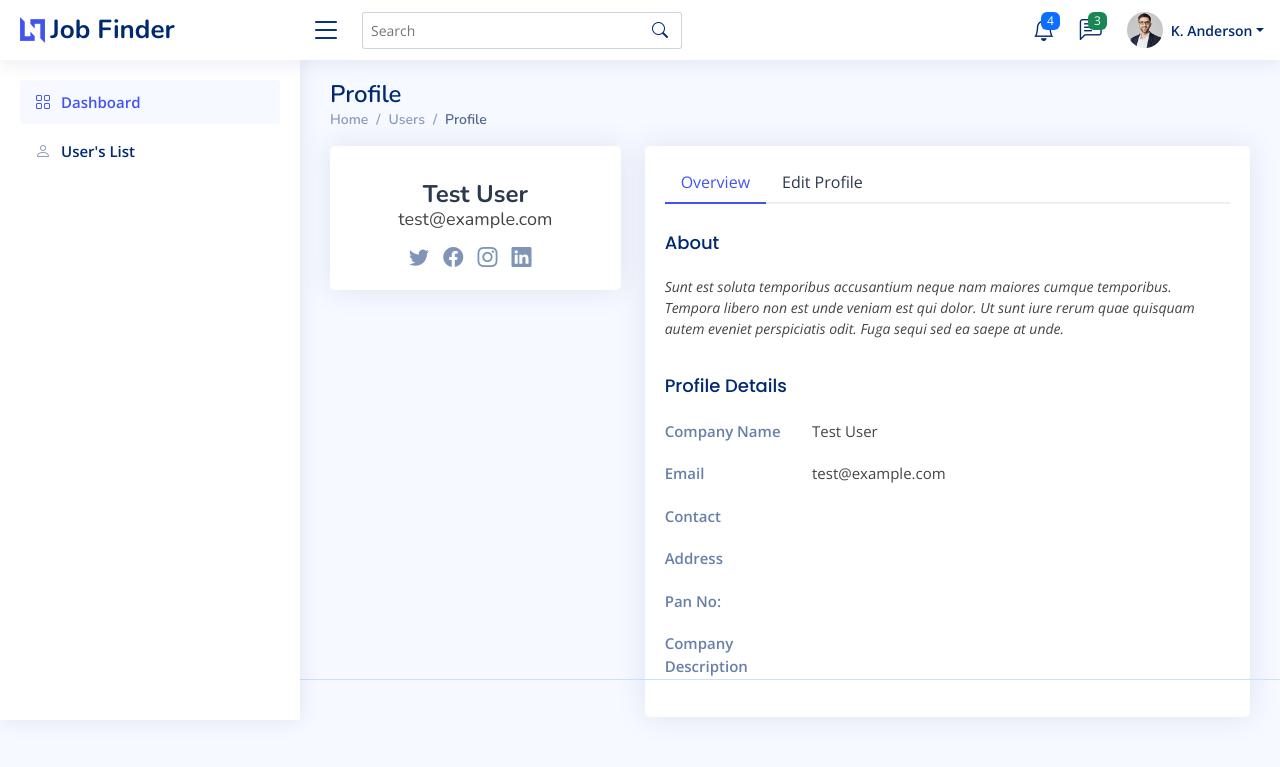
Repository: neha-rouniyar/jobfinder
Page: http://localhost/employer/my-profile
These files come from the project's save history. The page is drawn as it stood at one moment and after the next save; the edit follows.
The browser window is 1280 px wide. The pictures show the whole page.
The page is served by the project's Laravel application, run on PHP 8.4 with Laravel 10. A made-up administrator, Test User (test@example.com), is signed in. Other server files are loaded and not shown.

Above is the page before, as saved 2023-12-21 22:38:32.

### routes/web.php
<?php

use App\Http\Controllers\Admin\AdminController;
use App\Http\Controllers\Employer\ProfileController;
use App\Http\Controllers\RegisterController;
use Illuminate\Support\Facades\Route;

/*
|--------------------------------------------------------------------------
| Web Routes
|--------------------------------------------------------------------------
|
| Here is where you can register web routes for your application. These
| routes are loaded by the RouteServiceProvider and all of them will
| be assigned to the "web" middleware group. Make something great!
|
*/

Route::get('/', function () {
    return view('welcome');
});

Route::get('/login-form',[RegisterController::class,'loginForm'])->name('login.form');
Route::get('/register-form',[RegisterController::class,'registerForm'])->name('register.form');
Route::get('/employer-form',[RegisterController::class,'employerForm'])->name('employer.form');
Route::post('/user/register-form',[RegisterController::class,'userRegisterStore'])->name('user.register.submit');
Route::post('/employer/register-form',[RegisterController::class,'companyRegisterStore'])->name('company.register.submit');
Route::post('/login-submit',[RegisterController::class,'loginAuthenticate'])->name('login.submit');





Route::get('/verify-email/{token}',[RegisterController::class,'verifyEmail'])->name('verify.email');


//admin page
Route::get('/admin-dashboard',[AdminController::class,'index'])->name('admin.dashboard');
Route::get('/admin-logout',[AdminController::class,'logout'])->name('admin.logout');
Route::get('/admin/users-list',[AdminController::class,'userList'])->name('admin.users.list');

//company only
Route::get('/employer/my-profile',[ProfileController::class,'myProfile'])->name('company.profile');



//common routes
// Route::get('/admin-dashboard',[AdminController::class,'index'])->name('common.dashboard');

### app/Models/User.php
<?php

namespace App\Models;

// use Illuminate\Contracts\Auth\MustVerifyEmail;
use Illuminate\Database\Eloquent\Factories\HasFactory;
use Illuminate\Foundation\Auth\User as Authenticatable;
use Illuminate\Notifications\Notifiable;
use Laravel\Sanctum\HasApiTokens;

class User extends Authenticatable
{
    use HasApiTokens, HasFactory, Notifiable;

    /**
     * The attributes that are mass assignable.
     *
     * @var array<int, string>
     */
    protected $fillable = [
        'name',
        'email',
        'password',
    ];

    /**
     * The attributes that should be hidden for serialization.
     *
     * @var array<int, string>
     */
    protected $hidden = [
        'password',
        'remember_token',
    ];

    /**
     * The attributes that should be cast.
     *
     * @var array<string, string>
     */
    protected $casts = [
        'email_verified_at' => 'datetime',
        'password' => 'hashed',
    ];
    public function emailVerification()
    {
        return $this->hasOne(EmailVerification::class);
    }
    public function roles()
    {
        return $this->belongsToMany(User::class,'user_roles','user_id','role_id');
    }

}

### app/Http/Controllers/Employer/ProfileController.php
<?php

namespace App\Http\Controllers\Employer;

use App\Http\Controllers\Controller;
use Illuminate\Http\Request;
use Illuminate\Support\Facades\Auth;

class ProfileController extends Controller
{
    public function myProfile(Request $request)
    {
        $user=Auth::user();
        // dd($user);
        return view('employer.myProfile',compact('user'));
    }
}

### resources/views/employer/myProfile.blade.php
@extends('admin.index')
@section('content')


      <main id="main" class="main">

        <div class="pagetitle">
          <h1>Profile</h1>
          <nav>
            <ol class="breadcrumb">
              <li class="breadcrumb-item"><a href="index.html">Home</a></li>
              <li class="breadcrumb-item">Users</li>
              <li class="breadcrumb-item active">Profile</li>
            </ol>
          </nav>
        </div><!-- End Page Title -->

        <section class="section profile">
          <div class="row">
            <div class="col-xl-4">

              <div class="card">
                <div class="card-body profile-card pt-4 d-flex flex-column align-items-center">

                  {{-- <img src="assets/img/profile-img.jpg" alt="Profile" class="rounded-circle"> --}}
                  <h2>{{Auth::user()->name}}</h2>
                  <h3>{{Auth::user()->email}}</h3>
                  <div class="social-links mt-2">
                    <a href="#" class="twitter"><i class="bi bi-twitter"></i></a>
                    <a href="#" class="facebook"><i class="bi bi-facebook"></i></a>
                    <a href="#" class="instagram"><i class="bi bi-instagram"></i></a>
                    <a href="#" class="linkedin"><i class="bi bi-linkedin"></i></a>
                  </div>
                </div>
              </div>

            </div>

            <div class="col-xl-8">

              <div class="card">
                <div class="card-body pt-3">
                  <!-- Bordered Tabs -->
                  <ul class="nav nav-tabs nav-tabs-bordered">

                    <li class="nav-item">
                      <button class="nav-link active" data-bs-toggle="tab" data-bs-target="#profile-overview">Overview</button>
                    </li>

                    <li class="nav-item">
                      <button class="nav-link" data-bs-toggle="tab" data-bs-target="#profile-edit">Edit Profile</button>
                    </li>

                  </ul>
                  <div class="tab-content pt-2">

                    <div class="tab-pane fade show active profile-overview" id="profile-overview">
                      <h5 class="card-title">About</h5>
                      <p class="small fst-italic">Sunt est soluta temporibus accusantium neque nam maiores cumque temporibus. Tempora libero non est unde veniam est qui dolor. Ut sunt iure rerum quae quisquam autem eveniet perspiciatis odit. Fuga sequi sed ea saepe at unde.</p>

                      <h5 class="card-title">Profile Details</h5>

                      <div class="row">
                        <div class="col-lg-3 col-md-4 label">Company Name</div>
                        <div class="col-lg-9 col-md-8">{{$user->name}}</div>
                      </div>

                      <div class="row">
                        <div class="col-lg-3 col-md-4 label">Email</div>
                        <div class="col-lg-9 col-md-8">{{$user->email}}</div>
                      </div>

                      <div class="row">
                        <div class="col-lg-3 col-md-4 label">Contact</div>
                        <div class="col-lg-9 col-md-8">{{$user->contact}}</div>
                      </div>

                      <div class="row">
                        <div class="col-lg-3 col-md-4 label">Address</div>
                        <div class="col-lg-9 col-md-8">{{$user->address}}</div>
                      </div>

                      <div class="row">
                        <div class="col-lg-3 col-md-4 label">Pan No:</div>
                        <div class="col-lg-9 col-md-8">{{$user->pan_no}}</div>
                      </div>

                      <div class="row">
                        <div class="col-lg-3 col-md-4 label">Company Description</div>
                        <div class="col-lg-9 col-md-8">{{$user->company_desc}}</div>
                      </div>

                    </div>

                    <div class="tab-pane fade profile-edit pt-3" id="profile-edit">

                      <!-- Profile Edit Form -->
                      <form>
                        <div class="row mb-3">
                          <label for="profileImage" class="col-md-4 col-lg-3 col-form-label">Profile Image</label>
                          <div class="col-md-8 col-lg-9">
                            <img src="assets/img/profile-img.jpg" alt="Profile">
                            <div class="pt-2">
                              <a href="#" class="btn btn-primary btn-sm" title="Upload new profile image"><i class="bi bi-upload"></i></a>
                              <a href="#" class="btn btn-danger btn-sm" title="Remove my profile image"><i class="bi bi-trash"></i></a>
                            </div>
                          </div>
                        </div>

                        <div class="row mb-3">
                          <label for="fullName" class="col-md-4 col-lg-3 col-form-label">Full Name</label>
                          <div class="col-md-8 col-lg-9">
                            <input name="fullName" type="text" class="form-control" id="fullName" value="Kevin Anderson">
                          </div>
                        </div>

                        <div class="row mb-3">
                          <label for="about" class="col-md-4 col-lg-3 col-form-label">About</label>
                          <div class="col-md-8 col-lg-9">
                            <textarea name="about" class="form-control" id="about" style="height: 100px">Sunt est soluta temporibus accusantium neque nam maiores cumque temporibus. Tempora libero non est unde veniam est qui dolor. Ut sunt iure rerum quae quisquam autem eveniet perspiciatis odit. Fuga sequi sed ea saepe at unde.</textarea>
                          </div>
                        </div>

                        <div class="row mb-3">
                          <label for="company" class="col-md-4 col-lg-3 col-form-label">Company</label>
                          <div class="col-md-8 col-lg-9">
                            <input name="company" type="text" class="form-control" id="company" value="Lueilwitz, Wisoky and Leuschke">
                          </div>
                        </div>

                        <div class="row mb-3">
                          <label for="Job" class="col-md-4 col-lg-3 col-form-label">Job</label>
                          <div class="col-md-8 col-lg-9">
                            <input name="job" type="text" class="form-control" id="Job" value="Web Designer">
                          </div>
                        </div>

                        <div class="row mb-3">
                          <label for="Country" class="col-md-4 col-lg-3 col-form-label">Country</label>
                          <div class="col-md-8 col-lg-9">
                            <input name="country" type="text" class="form-control" id="Country" value="USA">
                          </div>
                        </div>

                        <div class="row mb-3">
                          <label for="Address" class="col-md-4 col-lg-3 col-form-label">Address</label>
                          <div class="col-md-8 col-lg-9">
                            <input name="address" type="text" class="form-control" id="Address" value="A108 Adam Street, New York, NY 535022">
                          </div>
                        </div>

                        <div class="row mb-3">
                          <label for="Phone" class="col-md-4 col-lg-3 col-form-label">Phone</label>
                          <div class="col-md-8 col-lg-9">
                            <input name="phone" type="text" class="form-control" id="Phone" value="(436) 486-3538 x29071">
                          </div>
                        </div>

                        <div class="row mb-3">
                          <label for="Email" class="col-md-4 col-lg-3 col-form-label">Email</label>
                          <div class="col-md-8 col-lg-9">
                            <input name="email" type="email" class="form-control" id="Email" value="k.anderson@example.com">
                          </div>
                        </div>

                        <div class="row mb-3">
                          <label for="Twitter" class="col-md-4 col-lg-3 col-form-label">Twitter Profile</label>
                          <div class="col-md-8 col-lg-9">
                            <input name="twitter" type="text" class="form-control" id="Twitter" value="https://twitter.com/#">
                          </div>
                        </div>

                        <div class="row mb-3">
                          <label for="Facebook" class="col-md-4 col-lg-3 col-form-label">Facebook Profile</label>
                          <div class="col-md-8 col-lg-9">
                            <input name="facebook" type="text" class="form-control" id="Facebook" value="https://facebook.com/#">
                          </div>
                        </div>

                        <div class="row mb-3">
                          <label for="Instagram" class="col-md-4 col-lg-3 col-form-label">Instagram Profile</label>
                          <div class="col-md-8 col-lg-9">
                            <input name="instagram" type="text" class="form-control" id="Instagram" value="https://instagram.com/#">
                          </div>
                        </div>

                        <div class="row mb-3">
                          <label for="Linkedin" class="col-md-4 col-lg-3 col-form-label">Linkedin Profile</label>
                          <div class="col-md-8 col-lg-9">
                            <input name="linkedin" type="text" class="form-control" id="Linkedin" value="https://linkedin.com/#">
                          </div>
                        </div>

                        <div class="text-center">
                          <button type="submit" class="btn btn-primary">Save Changes</button>
                        </div>
                      </form><!-- End Profile Edit Form -->

                    </div>



                  </div><!-- End Bordered Tabs -->

                </div>
              </div>

            </div>
          </div>
        </section>

      </main>



@endsection

### resources/views/admin/index.blade.php
<!DOCTYPE html>
<html lang="en">

<head>
  <meta charset="utf-8">
  <meta content="width=device-width, initial-scale=1.0" name="viewport">

  <title>Dashboard - NiceAdmin Bootstrap Template</title>
  <meta content="" name="description">
  <meta content="" name="keywords">

  <!-- Favicons -->
  <link href="assets/img/favicon.png" rel="icon">
  <link href="assets/img/apple-touch-icon.png" rel="apple-touch-icon">

  @include('admin.adminfiles.css')
</head>
<body>

  <!-- ======= Header ======== -->
@include('admin.adminfiles.navbar')


  <!-- ======= Sidebar ======= -->
  @include('admin.adminfiles.sidebar')

  @yield('content')
  <!-- End #main -->

  <!-- ======= Footer ======= -->
@include('admin.adminfiles.footer')
  <!-- End Footer -->

  <a href="#" class="back-to-top d-flex align-items-center justify-content-center"><i class="bi bi-arrow-up-short"></i></a>

  <!-- Vendor JS Files -->
@include('admin.adminfiles.js')

</body>

</html>

### resources/views/admin/adminfiles/css.blade.php
<link href="https://fonts.gstatic.com" rel="preconnect">
  <link href="https://fonts.googleapis.com/css?family=Open+Sans:300,300i,400,400i,600,600i,700,700i|Nunito:300,300i,400,400i,600,600i,700,700i|Poppins:300,300i,400,400i,500,500i,600,600i,700,700i" rel="stylesheet">

  <!-- Vendor CSS Files -->
  <link href="{{asset('adminasset/vendor/bootstrap/css/bootstrap.min.css')}}" rel="stylesheet">
  <link href="{{asset('adminasset/vendor/bootstrap-icons/bootstrap-icons.css')}}" rel="stylesheet">
  <link href="{{asset('adminasset/vendor/boxicons/css/boxicons.min.css')}}" rel="stylesheet">
  <link href="{{asset('adminasset/vendor/quill/quill.snow.css')}}" rel="stylesheet">
  <link href="{{asset('adminasset/vendor/quill/quill.bubble.css')}}" rel="stylesheet">
  <link href="{{asset('adminasset/vendor/remixicon/remixicon.css')}}" rel="stylesheet">
  <link href="{{asset('adminasset/vendor/simple-datatables/style.css')}}" rel="stylesheet">

  <!-- Template Main CSS File -->
  <link href="{{asset('adminasset/css/style.css')}}" rel="stylesheet">

### resources/views/admin/adminfiles/sidebar.blade.php
<aside id="sidebar" class="sidebar">

    <ul class="sidebar-nav" id="sidebar-nav">

      <li class="nav-item">
        <a class="nav-link " href="">
          <i class="bi bi-grid"></i>
          <span>Dashboard</span>
        </a>
      </li>
      @if (Auth::check() && Auth::user()->usertype == 'admin')
      <li class="nav-item">
        <a class="nav-link collapsed" href="{{route('admin.users.list')}}">
            <i class="bi bi-person"></i>
            <span>User's List</span>
        </a>
      </li>
  @endif
  @if (Auth::check() && Auth::user()->usertype == 'employer')
      <li class="nav-item">
        <a class="nav-link collapsed" href="{{route('company.profile')}}">
            <i class="bi bi-person"></i>
            <span>Company Profile</span>
        </a>
      </li>
      <li class="nav-item">
        <a class="nav-link collapsed" href="">
            <i class="bi bi-person"></i>
            <span>Jobs Posted</span>
        </a>
      </li>
      <li class="nav-item">
        <a class="nav-link collapsed" href="">
            <i class="bi bi-person"></i>
            <span>Applicants</span>
        </a>
      </li>
  @endif


      {{-- <li class="nav-item">
        <a class="nav-link collapsed" href="pages-faq.html">
          <i class="bi bi-question-circle"></i>
          <span>F.A.Q</span>
        </a>
      </li><!-- End F.A.Q Page Nav -->

      <li class="nav-item">
        <a class="nav-link collapsed" href="pages-contact.html">
          <i class="bi bi-envelope"></i>
          <span>Contact</span>
        </a>
      </li><!-- End Contact Page Nav -->

      <li class="nav-item">
        <a class="nav-link collapsed" href="pages-register.html">
          <i class="bi bi-card-list"></i>
          <span>Register</span>
        </a>
      </li><!-- End Register Page Nav -->

      <li class="nav-item">
        <a class="nav-link collapsed" href="pages-login.html">
          <i class="bi bi-box-arrow-in-right"></i>
          <span>Login</span>
        </a>
      </li><!-- End Login Page Nav -->

      <li class="nav-item">
        <a class="nav-link collapsed" href="pages-error-404.html">
          <i class="bi bi-dash-circle"></i>
          <span>Error 404</span>
        </a>
      </li><!-- End Error 404 Page Nav -->

      <li class="nav-item">
        <a class="nav-link collapsed" href="pages-blank.html">
          <i class="bi bi-file-earmark"></i>
          <span>Blank</span>
        </a>
      </li><!-- End Blank Page Nav --> --}}

    </ul>

  </aside>

### resources/views/admin/adminfiles/footer.blade.php

<footer id="footer" class="footer">
    {{-- <div class="copyright">
      &copy; Copyright <strong><span>NiceAdmin</span></strong>. All Rights Reserved
    </div>
    <div class="credits">
      <!-- All the links in the footer should remain intact. -->
      <!-- You can delete the links only if you purchased the pro version. -->
      <!-- Licensing information: https://bootstrapmade.com/license/ -->
      <!-- Purchase the pro version with working PHP/AJAX contact form: https://bootstrapmade.com/nice-admin-bootstrap-admin-html-template/ -->
      Designed by <a href="https://bootstrapmade.com/">BootstrapMade</a>
    </div> --}}
  </footer>

### resources/views/admin/adminfiles/js.blade.php
<script src="https://khalti.com/static/khalti-checkout.js"></script>
{{-- <script src="{{asset('adminasset/js/jquery.js')}}"></script> --}}
<script src="{{asset('adminasset/vendor/apexcharts/apexcharts.min.js')}}"></script>
<script src="{{asset('adminasset/vendor/bootstrap/js/bootstrap.bundle.min.js')}}"></script>
<script src="{{asset('adminasset/vendor/chart.js/chart.umd.js')}}"></script>
<script src="{{asset('adminasset/vendor/echarts/echarts.min.js')}}"></script>
<script src="{{asset('adminasset/vendor/quill/quill.min.js')}}"></script>
<script src="{{asset('adminasset/vendor/simple-datatables/simple-datatables.js')}}"></script>
<script src="{{asset('adminasset/vendor/tinymce/tinymce.min.js')}}"></script>
<script src="{{asset('adminasset/vendor/php-email-form/validate.js')}}"></script>

<!-- Template Main JS File -->
<script src="{{asset('adminasset/js/main.js')}}"></script>

Loaded but not shown: app/Http/Controllers/Controller.php (common file); public/adminasset/js/main.js (321 lines, source omitted); public/adminasset/css/style.css (1236 lines, source omitted); resources/views/admin/adminfiles/navbar.blade.php (228 lines, source omitted)

After the next save:
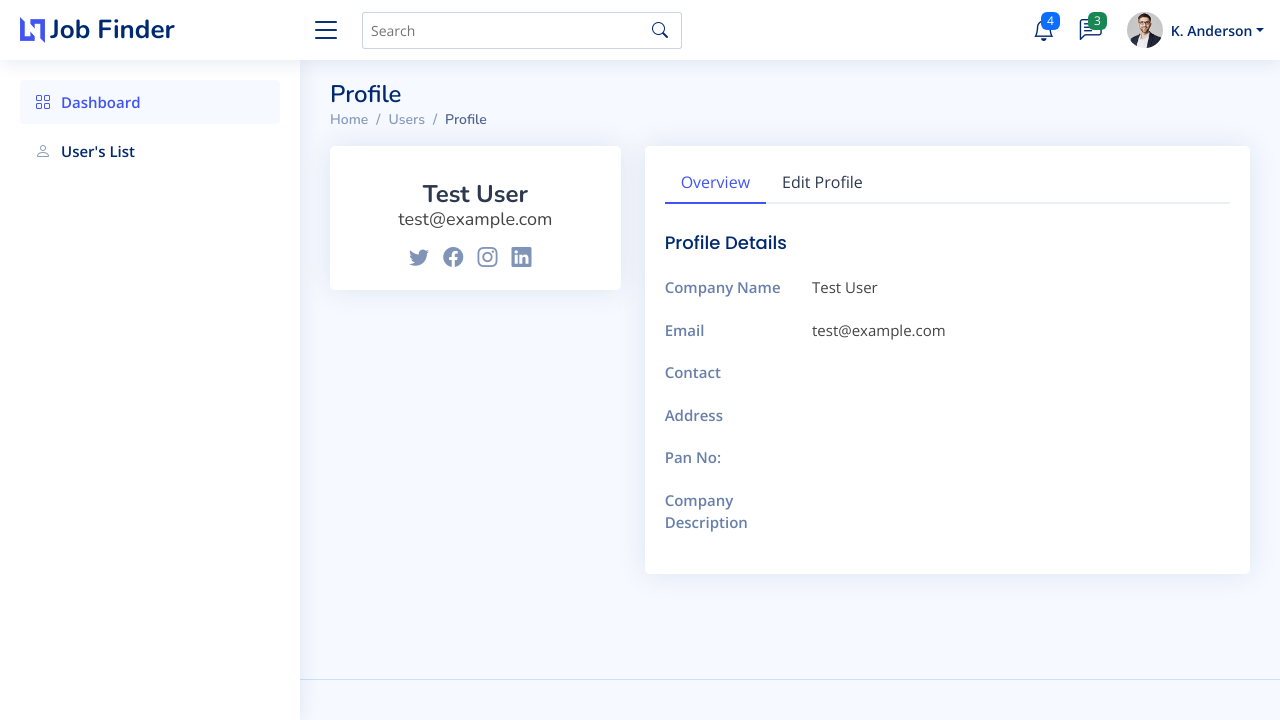
Saved 7 s later.
--- a/resources/views/employer/myProfile.blade.php
+++ b/resources/views/employer/myProfile.blade.php
@@ -55,8 +55,8 @@
                   <div class="tab-content pt-2">
 
                     <div class="tab-pane fade show active profile-overview" id="profile-overview">
-                      <h5 class="card-title">About</h5>
-                      <p class="small fst-italic">Sunt est soluta temporibus accusantium neque nam maiores cumque temporibus. Tempora libero non est unde veniam est qui dolor. Ut sunt iure rerum quae quisquam autem eveniet perspiciatis odit. Fuga sequi sed ea saepe at unde.</p>
+                      {{-- <h5 class="card-title">About</h5> --}}
+                      {{-- <p class="small fst-italic">Sunt est soluta temporibus accusantium neque nam maiores cumque temporibus. Tempora libero non est unde veniam est qui dolor. Ut sunt iure rerum quae quisquam autem eveniet perspiciatis odit. Fuga sequi sed ea saepe at unde.</p> --}}
 
                       <h5 class="card-title">Profile Details</h5>
 
